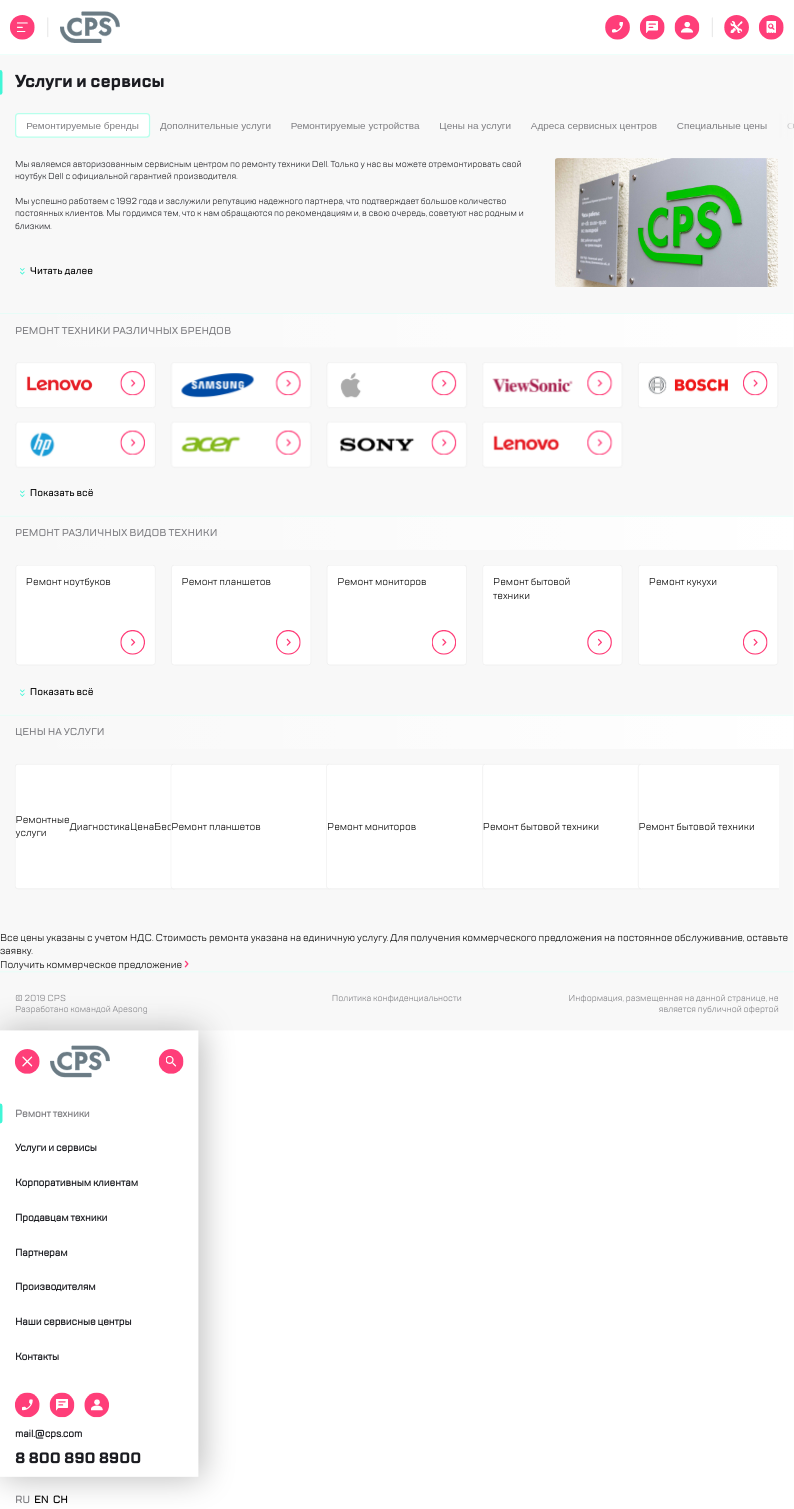
Repository: Dedoxa/WebCoreF
Page: /
These files come from the project's save history. The page is drawn as it stood at one moment and after the next save; the edit follows.
The browser window is 1280 px wide. The pictures show the whole page, at 62% of full size.
The project was rebuilt for these pictures with package versions that can differ from the ones it lists, and the page was loaded fresh each time. Also part of the build but not shown: webpack.config.js.

Above is the page before, as saved 2024-06-15 19:07:18.

### src/index.html
<!DOCTYPE html>
<html lang="en">
  <head>
    <meta charset="UTF-8" />
    <meta
      name="viewport"
      content="width=device-width, user-scalable=no, initial-scale=1.0, maximum-scale=1.0, minimum-scale=1.0"
    />
    <meta http-equiv="X-UA-Compatible" content="ie=edge" />
    <title>WebCoreFinal</title>
  </head>
  <body>
    <header class="header">
      <div class="header__left-side">
        <a id="burger" href="#" class="icon header__icon"></a>
        <a id="logo" href="#" class="icon header__icon"></a>
      </div>
      <div class="header__right-side">
        <a id="call" href="#" class="icon header__icon"></a>
        <a id="chat" href="#" class="icon header__icon"></a>
        <a id="profile" href="#" class="icon header__icon"></a>
        <a id="repair" href="#" class="icon header__icon"></a>
        <a id="checkStatus" href="#" class="icon header__icon"></a>
      </div>
    </header>
    <main>
      <section class="presentation">
        <div class="presentation__wrapper">
          <div class="presentation__title">
            <h1 class="presentation__heading">Услуги и сервисы</h1>
            <div class="presentation__right-area">
              <label class="presentation__icon-area">
                <span class="presentation__icon-text">Оставить заявку</span>
                <a id="repair" href="#" class="icon presentation__icon"></a>
              </label>
              <label class="presentation__icon-area">
                <span class="presentation__icon-text">Статус ремонта</span>
                <a id="checkStatus" href="#" class="icon presentation__icon"></a>
              </label>
            </div>
          </div>
          <div class="presentation__buttons">
            <button href="#" class="presentation__button presentation__button--focus">
              Ремонтируемые бренды
            </button>
            <button href="#" class="presentation__button">
              Дополнительные услуги
            </button>
            <button href="#" class="presentation__button">
              Ремонтируемые устройства
            </button>
            <button href="#" class="presentation__button">
              Цены на услуги
            </button>
            <button href="#" class="presentation__button">
              Адреса сервисных центров
            </button>
            <button href="#" class="presentation__button">
              Специальные цены
            </button>
            <button href="#" class="presentation__button">Отзывы</button>
            <div class="presentation__right-fade-effect"></div>
          </div>
          <div class="presentation__container">
            <div class="presentation__description">
              <p class="presentation__text">
                Мы являемся авторизованным сервисным центром по ремонту техники
                Dell. Только у нас вы можете отремонтировать свой ноутбук Dell с
                официальной гарантией производителя. <br /><br />
                Мы успешно работаем с 1992 года и заслужили репутацию надежного
                партнера, что подтверждает большое количество постоянных клиентов.
                Мы гордимся тем, что к нам обращаются по рекомендациям и, в свою
                очередь, советуют нас родным и близким.
              </p>
              <span class="presentation__toggler">Читать далее</span>
            </div>
            <img src="img/CPS-img-tablet.jpg" alt="" class="presentation__image-tablet" />
            <img
              src="img/CPS-img-desktop.jpg"
              alt=""
              class="presentation__image-desktop"
            />
          </div>
        </div>
        <img src="img/CPS-img-phone.jpg" alt="" class="presentation__image-phone" />
      </section>
      <section class="plates">
        <header class="plates__heading">
            <div class="plates__wrapper plates__wrapper-heading">
                <span>Ремонт техники различных брендов</span>
            </div>
        </header>
        <div class="plates__content-area">
            <div class="plates__wrapper">
                <div class="plates__swiper-container">
                    <div class="swiper plates__swiper">
                        <div id="plate-options" class="swiper-wrapper plates__brands-wrapper">
                            <div class="swiper-slide plates__slide">
                                <div class="plates__brand-plate">
                                    <img src="../img/logo-lenovo.png"  width="108" height="32"  class="plates__logo"></img>
                                    <div class="plates__dropdown-wrapper">
                                      <img src="./img/ic-dropdown.svg"></img>
                                    </div>
                                </div>
                            </div>
                            <div class="swiper-slide plates__slide">
                                <div class="plates__brand-plate">
                                    <img src="../img/logo-samsung.png" width="116" height="38.52" class="plates__logo"></img>
                                    <div class="plates__dropdown-wrapper">
                                      <img src="./img/ic-dropdown.svg"></img>
                                    </div>
                                </div>
                            </div>
                            <div class="swiper-slide plates__slide">
                                <div class="plates__brand-plate">
                                    <img src="../img/logo-apple.png" width="44" height="44" class="plates__logo"></img>
                                    <div class="plates__dropdown-wrapper">
                                      <img src="./img/ic-dropdown.svg"></img>
                                    </div>
                                </div>
                            </div>
                            <div class="swiper-slide plates__slide">
                                <div class="plates__brand-plate">
                                    <img src="../img/logo-viewSonic.png" width="128" height="21" class="plates__logo"></img>
                                    <div class="plates__dropdown-wrapper">
                                      <img src="./img/ic-dropdown.svg"></img>
                                    </div>
                                </div>
                            </div>
                            <div class="swiper-slide plates__slide">
                                <div class="plates__brand-plate">
                                    <img src="../img/logo-bosch.png" width="128" height="28.6" class="plates__logo"></img>
                                    <div class="plates__dropdown-wrapper">
                                      <img src="./img/ic-dropdown.svg"></img>
                                    </div>
                                </div>
                            </div>
                            <div class="swiper-slide plates__slide">
                                <div class="plates__brand-plate">
                                    <img src="../img/logo-hp.png" width="52" height="52" class="plates__logo"></img>
                                    <div class="plates__dropdown-wrapper">
                                      <img src="./img/ic-dropdown.svg"></img>
                                    </div>
                                </div>
                            </div>
                            <div class="swiper-slide plates__slide">
                                <div class="plates__brand-plate">
                                    <img src="../img/logo-acer.png" width="94" height="24" class="plates__logo"></img>
                                    <div class="plates__dropdown-wrapper">
                                      <img src="./img/ic-dropdown.svg"></img>
                                    </div>
                                </div>
                            </div>
                            <div class="swiper-slide plates__slide">
                                <div class="plates__brand-plate">
                                    <img src="../img/logo-sony.png" width="128" height="25.6" class="plates__logo"></img>
                                    <div class="plates__dropdown-wrapper">
                                      <img src="./img/ic-dropdown.svg"></img>
                                    </div>
                                </div>
                            </div>
                            <div class="swiper-slide plates__slide">
                                <div class="plates__brand-plate">
                                    <img src="../img/logo-lenovo.png"  width="108" height="32"  class="plates__logo"></img>
                                    <div class="plates__dropdown-wrapper">
                                      <img src="./img/ic-dropdown.svg"></img>
                                    </div>
                                </div>
                            </div>
                        </div>
                        <div class="swiper-pagination"></div>
                    </div>
                </div>
            </div>
            <div class="plates__toggler-area">
                <label class="plates__wrapper plates__wrapper-toggler">
                    <span id="plates-toggler" class="plates__toggler">Показать всё</span>
                </label>
            </div>
        </div>
      </section>
      <section class="plates">
        <header class="plates__heading">
            <div class="plates__wrapper plates__wrapper-heading">
                <span>Ремонт различных видов техники</span>
            </div>
        </header>
        <div class="plates__content-area">
            <div class="plates__wrapper">
                <div class="plates__swiper-container">
                    <div class="swiper plates__swiper">
                        <div id="device-options" class="swiper-wrapper plates__devices-wrapper">
                            <div class="swiper-slide plates__slide">
                                <div class="plates__device-plate">
                                  <span class="plates__logo">Ремонт ноутбуков</span>
                                  <div class="plates__dropdown-wrapper">
                                    <img src="./img/ic-dropdown.svg"></img>
                                  </div>
                                </div>
                            </div>
                            <div class="swiper-slide plates__slide">
                                <div class="plates__device-plate">
                                  <span class="plates__logo">Ремонт планшетов</span>
                                  <div class="plates__dropdown-wrapper">
                                    <img src="./img/ic-dropdown.svg"></img>
                                  </div>
                                </div>
                            </div>
                            <div class="swiper-slide plates__slide">
                                <div class="plates__device-plate">
                                  <span class="plates__logo">Ремонт мониторов</span>
                                  <div class="plates__dropdown-wrapper">
                                    <img src="./img/ic-dropdown.svg"></img>
                                  </div>
                                </div>
                            </div>
                            <div class="swiper-slide plates__slide">
                                <div class="plates__device-plate">
                                  <span class="plates__logo">Ремонт бытовой техники</span>
                                  <div class="plates__dropdown-wrapper">
                                    <img src="./img/ic-dropdown.svg"></img>
                                  </div>
                                </div>
                            </div>
                            <div class="swiper-slide plates__slide">
                                <div class="plates__device-plate">
                                  <span class="plates__logo">Ремонт кукухи</span>
                                  <div class="plates__dropdown-wrapper">
                                    <img src="./img/ic-dropdown.svg"></img>
                                  </div>
                                </div>
                            </div>
                            <div class="swiper-slide plates__slide">
                                <div class="plates__device-plate">
                                  <span class="plates__logo">Ремонт шмемонт</span>
                                  <div class="plates__dropdown-wrapper">
                                    <img src="./img/ic-dropdown.svg"></img>
                                  </div>
                                </div>
                            </div>
                            <div class="swiper-slide plates__slide">
                                <div class="plates__device-plate">
                                  <span class="plates__logo">Ремонт бельмонт</span>
                                  <div class="plates__dropdown-wrapper">
                                    <img src="./img/ic-dropdown.svg"></img>
                                  </div>
                                </div>
                            </div>
                            <div class="swiper-slide plates__slide">
                                <div class="plates__device-plate">
                                  <span class="plates__logo">Ремонт взял тебя на понт</span>
                                  <div class="plates__dropdown-wrapper">
                                    <img src="./img/ic-dropdown.svg"></img>
                                  </div>
                                </div>
                            </div>
                            <div class="swiper-slide plates__slide">
                                <div class="plates__device-plate">
                                  <span class="plates__logo">Ремонт дорог (вечный*)</span>
                                  <div class="plates__dropdown-wrapper">
                                    <img src="./img/ic-dropdown.svg"></img>
                                  </div>
                                </div>
                            </div>
                        </div>
                        <div class="swiper-pagination"></div>
                    </div>
                </div>
            </div>
            <div class="plates__toggler-area">
                <label class="plates__wrapper plates__wrapper-toggler">
                    <span id="devices-toggler" class="plates__toggler">Показать всё</span>
                </label>
            </div>
        </div>
      </section>
      <section class="plates">
        <header class="plates__heading">
          <div class="plates__wrapper plates__wrapper-heading">
            <span>Цены на услуги</span>
          </div>
        </header>
        <div class="plates__content-area">
          <div class="plates__wrapper">
            <div class="plates__swiper-container">
              <div class="swiper plates__swiper">
                <div class="swiper-wrapper plates__table-wrapper">
                  <div class="swiper-slide plates__slide">
                    <div class="plates__table-plate">
                      <p>Ремонтные услуги</p>
                      <p>Диагностика</p>
                      <p>Цена</p>
                      <p>Бесплатно</p>
                      <p>Срок</p>
                      <p>30 мин</p>
                      <button>
                        заказать
                        <img src="./img/ic-right-white-arrow.svg" alt="">
                      </button>
                    </div>
                  </div>
                  <div class="swiper-slide plates__slide">
                    <div class="plates__table-plate">
                      <span>Ремонт планшетов</span>
                    </div>
                  </div>
                  <div class="swiper-slide plates__slide">
                    <div class="plates__table-plate">
                      <span>Ремонт мониторов</span>
                    </div>
                  </div>
                  <div class="swiper-slide plates__slide">
                    <div class="plates__table-plate">
                      <span>Ремонт бытовой техники</span>
                    </div>
                  </div>
                  <div class="swiper-slide plates__slide">
                    <div class="plates__table-plate">
                      <span>Ремонт бытовой техники</span>
                    </div>
                  </div>
                </div>
                <div class="swiper-pagination"></div>
              </div>
            </div>
          </div>
        </div>
        <div class="prices">
          <span>Все цены указаны с учетом НДС. Стоимость ремонта указана на единичную услугу. Для получения коммерческого предложения на постоянное обслуживание, оставьте заявку.</span>
          <div>
            <span>Получить коммерческое предложение</span>
            <img src="./img/ic-right-pink-arrow.svg">
          </div>
        </div>
      </section>
      <footer class="footer">
        <div class="footer__wrapper">
            <div>
              <p>© 2019 CPS<br>Разработано командой Apesong</p>
            </div>
            <div>
              <p>Политика конфиденциальности</p>
            </div>
            <div>
              <p>Информация, размещенная на данной странице, не является публичной офертой</p>
            </div>
      </footer>

      <aside class="aside-menu">
        <div class="aside-menu__wrapper">
          <div>
            <div class="aside-menu__header">
              <div class="aside-menu__subwrapper">
                <div class="aside-menu__header-left">
                  <a id="cross" href="#" class="icon aside-menu__icon"></a>
                  <a id="logo" href="#" class="icon aside-menu__icon"></a>
                </div>
                <div class="aside-menu__header-right">
                  <a id="search" href="#" class="icon aside-menu__icon"></a>
                </div>
              </div>
            </div>
            <ul class="aside-menu__links-list">
              <li class="aside-menu__link aside-menu__link--active">
                <a href="#" class=""> Ремонт техники </a>
              </li>
              <li class="aside-menu__link"><a href="#"> Услуги и сервисы </a></li>
              <li class="aside-menu__link"><a href="#"> Корпоративным клиентам </a></li>
              <li class="aside-menu__link"><a href="#"> Продавцам техники </a></li>
              <li class="aside-menu__link"><a href="#"> Партнерам </a></li>
              <li class="aside-menu__link"><a href="#"> Производителям </a></li>
              <li class="aside-menu__link"><a href="#"> Наши сервисные центры </a></li>
              <li class="aside-menu__link"><a href="#"> Контакты </a></li>
            </ul>
          </div>
          <section class="aside-menu__down-section">
            <div class="aside-menu__down-wrapper">
              <div class="aside-menu__down-icons">
                <a id="call" href="#" class="icon aside-menu__icon"></a>
                <a id="chat" href="#" class="icon aside-menu__icon"></a>
                <a id="profile" href="#" class="icon aside-menu__icon"></a>
              </div>
              <div>
                <a href="mailto:mail.@cps.com" class="aside-menu__email"><span>mail.@cps.com</span></a>
                <a href="tel:+88008908900" class="aside-menu__phone-number"><span>8 800 890 8900</span></a>
              </div>
              <div class="aside-menu__language-choice">
                <span class="aside-menu__language-option aside-menu__language-option--active">RU</span>
                <span class="aside-menu__language-option">EN</span>
                <span class="aside-menu__language-option">CH</span>
              </div>
            </div>
          </section>
        </div>
      </aside>
    </main>
  </body>
</html>

### src/scss/style.scss
@import url('./\(id\)icons.scss');
@import url('./\(import\)fonts.scss');
@import url('./\(tag\)html.scss');
@import url('./\(tag\)svg.scss');
@import url('../../node_modules/swiper/swiper-bundle.css');

@import url('./aside-menu.scss');
@import url('./footer.scss');
@import url('./header.scss');
@import url('./icon.scss');
@import url('./jsExpand.scss');
@import url('./plates.scss');
@import url('./presentation.scss');
@import url('./prices.scss');
@import url('./swiper-castomization.scss');

### src/scss/(tag)html.scss
html {
  box-sizing: border-box;
  font-family: 'TT Lakes Regular', Times, serif;

  * {
    box-sizing: inherit;
    margin: 0;
    padding: 0;

    &:before,
    &:after {
      box-sizing: inherit;
      margin: 0;
      padding: 0;
    }
  }
}

### src/scss/(tag)svg.scss
svg {
  position: absolute;
  top: 50%;
  left: 50%;
  transform: translate(-50%, -50%);
}

### src/scss/icon.scss
.icon {
  flex: 0 0 auto;
  position: relative;
  width: 40px;
  height: 40px;
  background-color: #ff3e79;
  background-repeat: no-repeat;
  background-position: center;
  border-radius: 50%;
  transition: opacity linear 0.2s;
  opacity: 100%;

  &:hover {
    transition: opacity linear 0.2s;
    opacity: 50%;
  }
}

### src/scss/jsExpand.scss
.jsExpand {
  height: max-content !important;
}

### src/scss/prices.scss
.priceText {
  font-size: 14px;
}

### src/scss/swiper-castomization.scss
.swiper-pagination {
  .swiper-pagination-bullet {
    width: 12px;
    height: 12px;
    background-color: #dddddd;
  }

  .swiper-pagination-bullet-active {
    background-color: #b5b6bc;
  }
}

Loaded but not shown: src/js/js.js (51 lines, source omitted); src/js/index.js (4 lines, source omitted); src/scss/presentation.scss (262 lines, source omitted); src/scss/plates.scss (208 lines, source omitted); src/scss/aside-menu.scss (163 lines, source omitted); src/scss/header.scss (87 lines, source omitted); src/scss/(import)fonts.scss (29 lines, source omitted); src/scss/footer.scss (56 lines, source omitted); src/scss/(id)icons.scss (37 lines, source omitted)

After the next save:
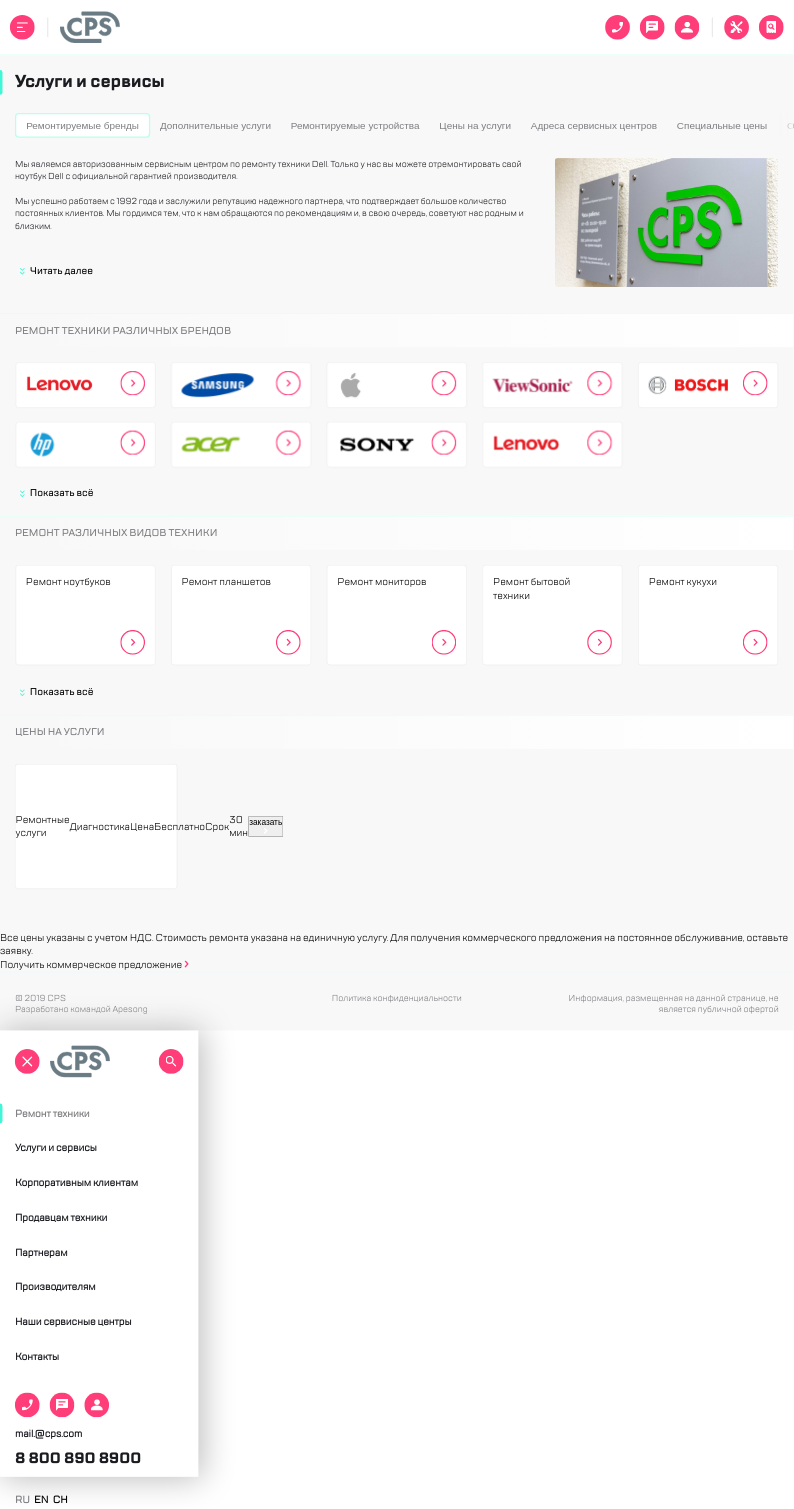
Saved 63 s later.
--- a/src/index.html
+++ b/src/index.html
@@ -299,26 +299,6 @@
                       </button>
                     </div>
                   </div>
-                  <div class="swiper-slide plates__slide">
-                    <div class="plates__table-plate">
-                      <span>Ремонт планшетов</span>
-                    </div>
-                  </div>
-                  <div class="swiper-slide plates__slide">
-                    <div class="plates__table-plate">
-                      <span>Ремонт мониторов</span>
-                    </div>
-                  </div>
-                  <div class="swiper-slide plates__slide">
-                    <div class="plates__table-plate">
-                      <span>Ремонт бытовой техники</span>
-                    </div>
-                  </div>
-                  <div class="swiper-slide plates__slide">
-                    <div class="plates__table-plate">
-                      <span>Ремонт бытовой техники</span>
-                    </div>
-                  </div>
                 </div>
                 <div class="swiper-pagination"></div>
               </div>
